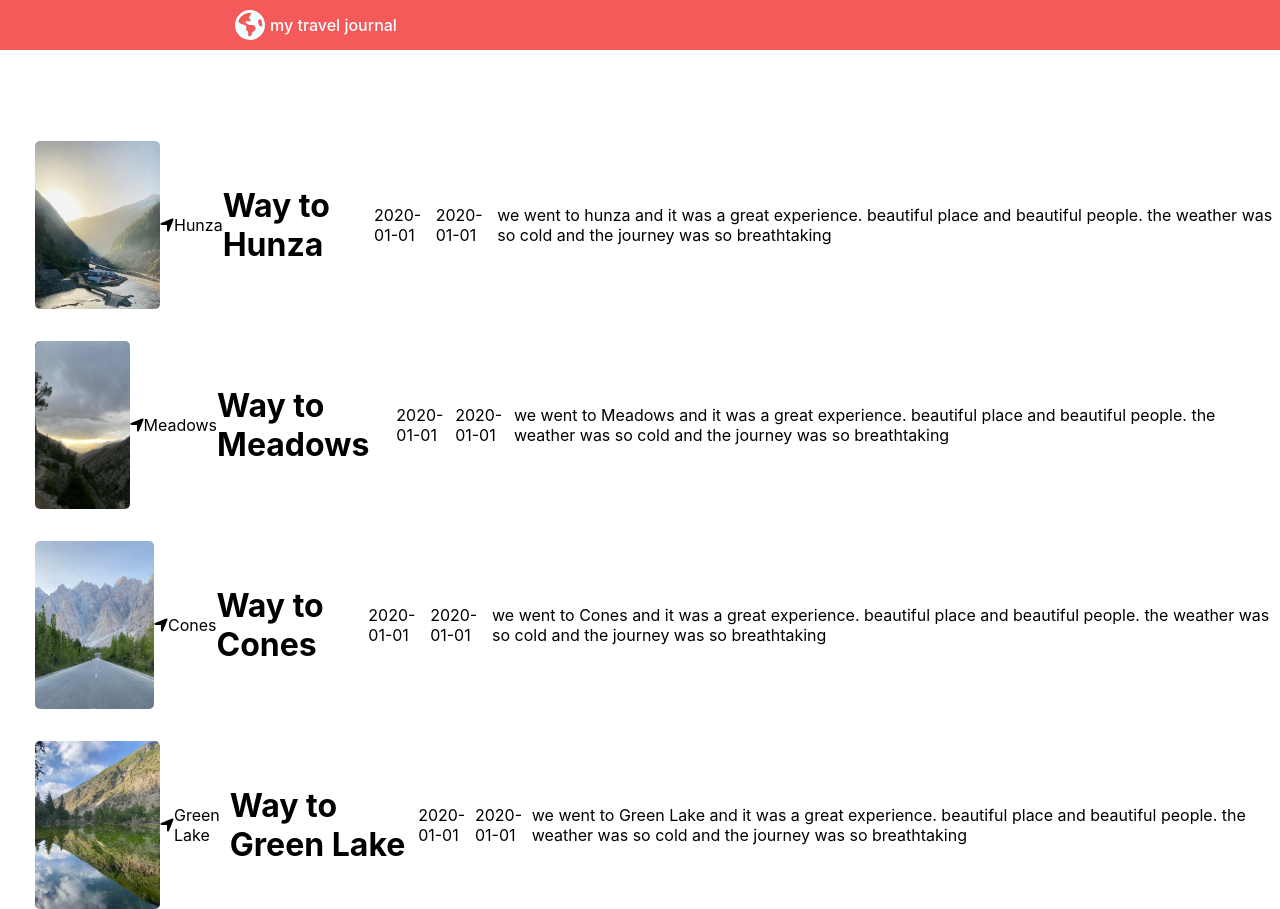
Repository: mortiestmorty1/travel-journal
Page: /
The author's editor kept a copy of each file at every save. The page is drawn from the files as they stood at one save, then again after the next save.
The browser window is 1280 px wide. The pictures show the whole page.
The project was rebuilt for these pictures with package versions that can differ from the ones it lists, and the page was loaded fresh each time.

Above is the page before, as saved 2024-01-17 14:49:53.

After the next save:
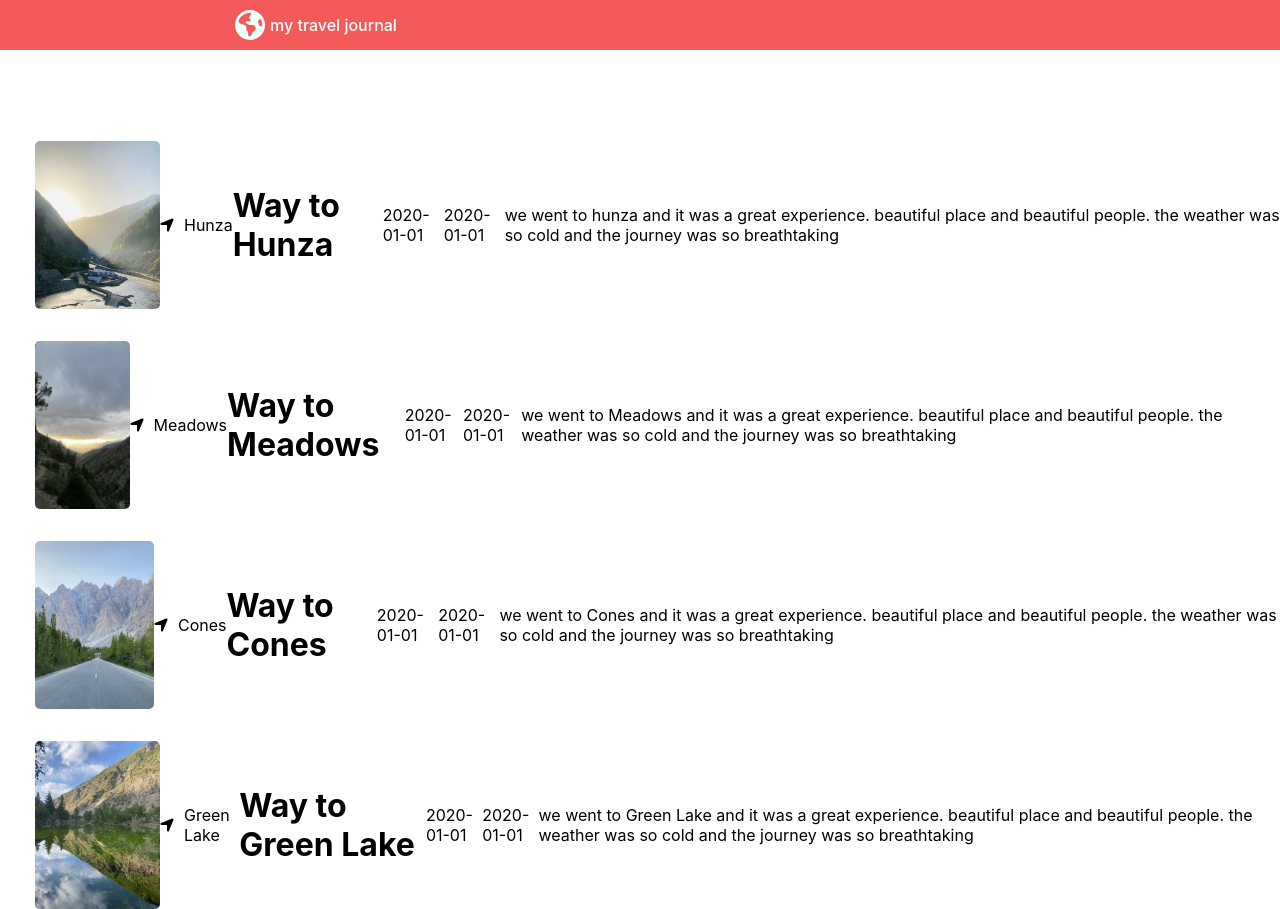
Saved 4 s later.
--- a/src/App.css
+++ b/src/App.css
@@ -38,7 +38,7 @@
   color: azure;
   border-radius: 5px;
 }
-.location .Location {
+.location{
   display: flex;
   justify-content: space-between;
   margin-left: 10px;
